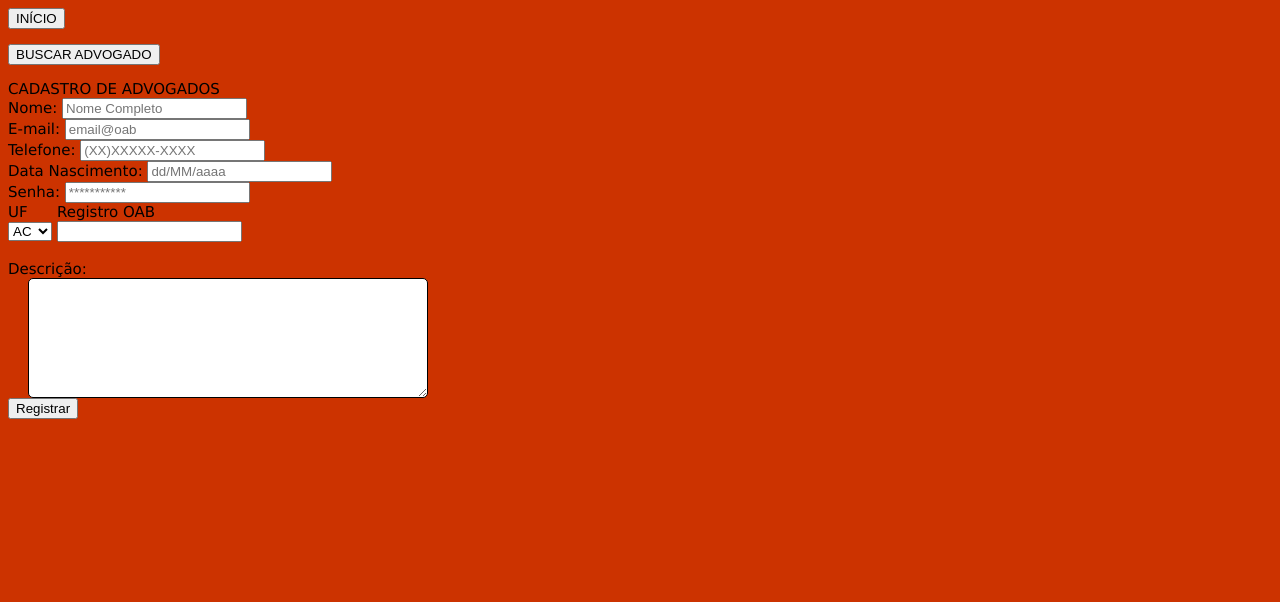
Repository: Natan16/CRUDJUSTTO
Page: http://localhost/CRUDJUSTTOWEB/adiciona-advogado.jsp
An editor plug-in stored every save of this project. The page is shown before and after the next save, followed by the edit.
The browser window is 1280 px wide. The pictures show the whole page.
The page is served by Tomcat 9. Other server files are loaded and not shown.

Above is the page before, as saved 2019-09-01 02:55:05.

### CRUDJUSTTOWEB/WebContent/adiciona-advogado.jsp
<%@ page import="utils.Listagens,
				 java.util.List,
                  dao.*,
                  model.*" %>

<html>
	<head>
		<link href="Estilo.css" rel="stylesheet" media="all" />
	</head>
     <body>

     	<form action="index.html" method="post">
			<input type="submit" value="INÍCIO" >
		</form>

		<form action="consulta-advogado.jsp" method="post">
			<input type="submit" value="BUSCAR ADVOGADO" >
		</form>
          CADASTRO DE ADVOGADOS <br />
      	<form action="adicionaAdvogado">
           <%--  <%
				boolean modoEditar = true ;
 			%>
		 	<c:if test="${param.ufOAB == null}">
				<%
             		modoEditar = false;
                %>
			</c:if>

			<c:if test="${param.registroOAB == null}">
				<%
					modoEditar = false;
                %>
			</c:if> --%>

			 Nome: <input type="text" name="nome" placeholder="Nome Completo" required/><br />
         	 E-mail: <input type="text" name="email" placeholder="email@oab" required/><br />
             Telefone: <input type="text" name="telefone" placeholder="(XX)XXXXX-XXXX"/><br />
             Data Nascimento: <input type="text" name="dataNascimento" placeholder="dd/MM/aaaa"/><br />
             Senha: <input type="password" name="senha" placeholder="***********" required/><br />

            <%--  <%
             	if(modoEditar){
             		AdvogadoDao dao = new AdvogadoDao();
             	    String ufOAB = %>"${param.ufOAB}"<%	;
             		String registroOAB = %>	${param.registroOAB}"<% ;
             		Advogado advogado = dao.procurarPorRegistro(new RegistroOAB(ufOAB , registroOAB));

             	}
             %>
              --%>

                          UF &nbsp;&emsp; Registro OAB <br />
             <select name="ufOAB">
             	<%
             	List<String> ufs = Listagens.getUfs();
			 	for (String uf : ufs ) {
                %>
                	<option value=<%=uf %>><%=uf%></option>
                <%
                }
                %>
  			 </select>
  			 <input type="text" name="registroOAB" /><br />
  			 <br />

             Descrição: <br />
             <textarea rows = "5" cols = "60" name = "desc"></textarea><br>
             <input   type="submit" value="Registrar" />
             <%--  <%
             	if(modoEditar){

              %>
             		<input   type="submit" value="Atualizar" />
             <%
             	}else {
             %>
             		<input   type="submit" value="Registrar" />
             <%
             	}
             %> --%>
         </form>

     </body>
 </html>

### CRUDJUSTTOWEB/src/utils/Listagens.java
package utils;

import java.util.ArrayList;
import java.util.List;


public class Listagens {
	private static List<String> ufs = new ArrayList<>(
			  List.of("AC","AL","AM","AP","BA","CE","DF","ES","GO","MA","MG","MS","MT","PA","PB","PE","PI",
			"PR","RJ","RN","RO","RR","RS","SC","SE","SP","TO"));

	public static List<String> getUfs() {
		return ufs;
	}

	private static List<Character> tiposDeRegistro = new ArrayList<>(
			  List.of('A', 'B' , 'E' , 'N' , 'P' , 'D'));

	public static List<Character> getTiposDeRegistro() {
		return tiposDeRegistro;
	}

}

### CRUDJUSTTOWEB/WebContent/Estilo.css


form , body{
    font-family: Verdana,Tahoma,sans-serif;
    font-size: 15px;
    background-color: #CC3300;
    max-width: 500px;
}

h1 {
    margin-bottom: 20px;
    margin-left: 20px;
    color: #66FFFF;
    text-shadow: 5px 5px 5px black;
}

select

input, textarea {
    width: 200px;
    padding: 10px;
    color: black;
    margin-left: 20px;
    -webkit-border-radius: 5px;
    -moz-border-radius: 5px;
    border: 1px solid;
}

input:hover, textarea:hover, input:focus, textarea:focus {
    border-color: #000066;
    box-shadow: 5px 0px 9px #FFFF00;
    background-color: #66FFFF;
    color: black;
    font-weight: bold;
}

.submit input {
    background-color: #66FFFF;
    height: 40px;
    width: 100px;
    font-weight: bold;
    border-radius: 5px;
    -webkit-border-radius: 5px;
    -moz-border-radius: 5px;
    border: 1px solid;
    color: black;
}

textarea {
    width: 400px;
    height: 120px;
    line-height: 20px;
    max-width: 400px;
}

form label {
    margin-left: 20px;
    color: #FFFFFF;
    font-weight: bold;
}

After the next save:
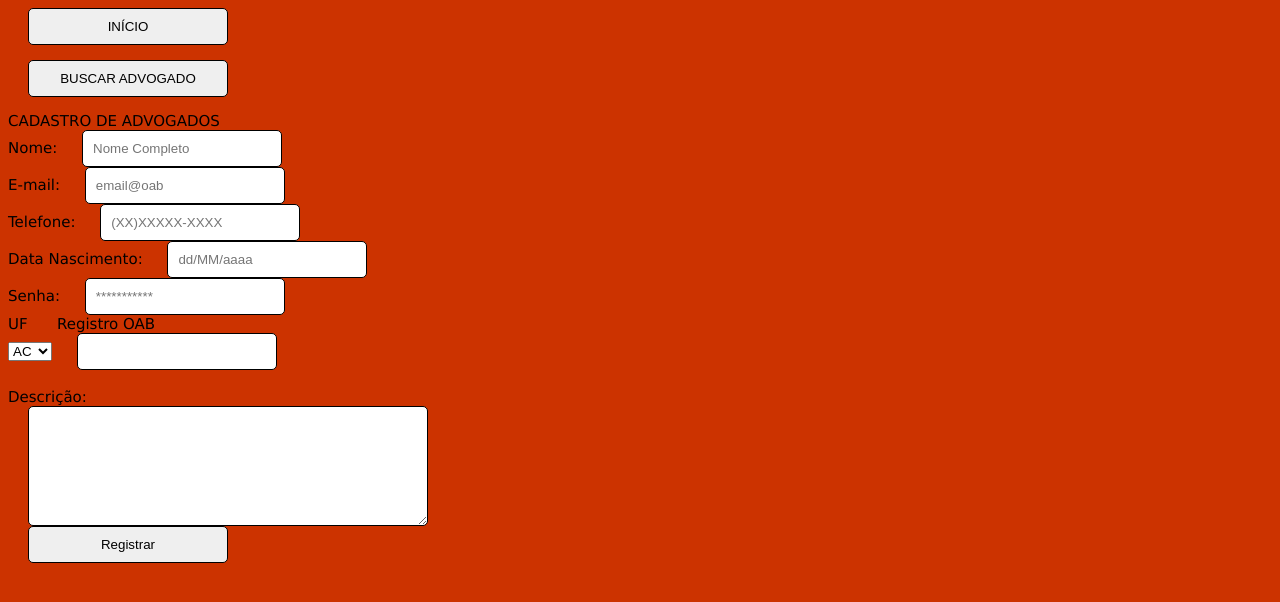
Saved 3 s later.
--- a/CRUDJUSTTOWEB/WebContent/Estilo.css
+++ b/CRUDJUSTTOWEB/WebContent/Estilo.css
@@ -14,7 +14,11 @@ h1 {
     text-shadow: 5px 5px 5px black;
 }
 
-select
+select {
+
+
+
+}
 
 input, textarea {
     width: 200px;
